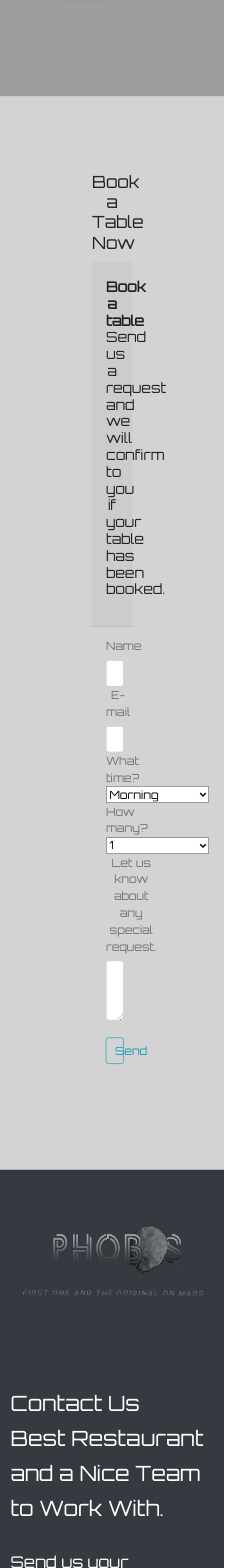
Repository: Code-Institute-Submissions/vinicald-Milestone-Project-1
Page: index.html
The author's editor kept a record of every edit. The page is drawn from the files as they stood at one moment, then again after the next edit.
The browser window is 320 px wide. The page is 320 px wide, then 359 px, then 320 px, so the pictures cover 359 px, including what lies to the right of the window. The pictures show the part of the page from y = 2510 to 4750 px (the page is 5299 px tall before and 4908 px after), at 70% of full size.
Pictures or frames that could not be fetched are drawn as grey boxes. Backgrounds fixed to the window are drawn as part of the page. Some web fonts or font styles are not loaded; a fallback is used. Some web libraries are served in a nearby version.

Above is the page before.

### index.html
<!DOCTYPE html>
<html lang="en">

<head>
    <meta charset="UTF-8">
    <meta name="viewport" content="width=device-width, initial-scale=1.0">
    <meta http-equiv="X-UA-Compatible" content="ie=edge">
    <link rel="stylesheet" href="https://stackpath.bootstrapcdn.com/bootstrap/4.3.1/css/bootstrap.min.css" integrity="sha384-ggOyR0iXCbMQv3Xipma34MD+dH/1fQ784/j6cY/iJTQUOhcWr7x9JvoRxT2MZw1T" crossorigin="anonymous">
    <link rel="stylesheet" href="https://cdnjs.cloudflare.com/ajax/libs/font-awesome/5.9.0/css/all.css" integrity="undefined" crossorigin="anonymous" />
    <link rel="stylesheet" href="https://cdnjs.cloudflare.com/ajax/libs/hover.css/2.3.1/css/hover-min.css" integrity="sha256-c+C87jupO1otD1I5uyxV68WmSLCqtIoNlcHLXtzLCT0=" crossorigin="anonymous" />
    <link rel="stylesheet" href="assets/css/style.css" type="text/css" />
    <title>Phobos - The Only One</title>
</head>

<body>

    <header>
        <nav class="navbar navbar-expand-lg navbar-light">
            <a href="#home" class="navbar-brand ml-3">Phobos</a>
            <button class="navbar-toggler" type="button" data-toggle="collapse" data-target="#navbarMenu" arial-controls="navbarMenu" aria-expand="false" aria-label="Toggle Navigation">
                <span class="navbar-toggler-icon"></span>
            </button>
            <div class="collapse navbar-collapse"></div>
            <div class="collapse navbar-collapse" id="navbarMenu">
                <ul class="navbar-nav ml-auto">
                    <li class="nav-item">
                        <a href="#home" class="nav-link">Home</a>
                    </li>
                    <li class="nav-item">
                        <a href="#aboutus" class="nav-link">About Us</a>
                    </li>
                    <li class="nav-item">
                        <a href="#menu" class="nav-link">Menu</a>
                    </li>
                    <li class="nav-item">
                        <a href="#bookatable" class="nav-link">Book a Table</a>
                    </li>
                    <li class="nav-item">
                        <a href="#contactus" class="nav-link">Contact Us</a>
                    </li>
                </ul>
            </div>
        </nav>
    </header>

    <main>
        <div class="container-fluid p-0" id="home">
            <div class="site-content">
                <div class="d-flex justify-content-center">
                    <div class="d-flex flex-column">
                        <h1 class="site-title">Phobos Mars</h1>
                        <p class="site-desc">First one and The original on Mars.<br>More than 10 Awards</br>
                        </p>
                        <div class="d-flex flex-row">
                            <a href="#menu" class="btn site-btn1 px-4 py-3 mr-4 btn-light" role="button">Menu</a>
                        </div>
                    </div>
                </div>
            </div>
        </div>

        <div class="aboutus" id="aboutus">
            <div class="container text-center">
                <h1 class="heading-1">About us</h1>
                <h1 class="heading-2">A different Story and Unexpected Food</h1>
                <p class="para-1">The first restaurant on Mars, since 1972.</p>
                <div class="row justify-content-center text-center">
                    <div class="col-md-4">
                        <div class="card">
                            <img src="assets/images/restaurante.jpg" alt="Image1" class="card-img-top"></img>
                            <div class="card-body">
                                <h4 class="card-title">
                                    The First One
                                </h4>
                                <p class="card-text">
                                    The Restaurant was created in 1972, after our good old friend Louis Armstrong started this business on Mars.
                                </p>
                            </div>
                        </div>
                    </div>
                    <div class="col-md-4">
                        <div class="card">
                            <img src="assets/images/couple-on-coffee-date.jpg" alt="Image2" class="card-img-top">
                            <div class="card-body">
                                <h4 class="card-title">
                                    More Than 10 Awards
                                </h4>
                                <p class="card-text">
                                    We have been nominated more than 30 times for the Alien Space Restaurant of the Galaxy and we have won more than 10 Awards.
                                </p>
                            </div>
                        </div>
                    </div>
                    <div class="col-md-4">
                        <div class="card">
                            <img src="assets/images/cheers-to-holiday-eggnog.jpg" alt="Image3" class="card-img-top">
                            <div class="card-body">
                                <h4 class="card-title">
                                    The Perfect Food
                                </h4>
                                <p class="card-text">
                                    We serve the perfect dishes to all situations, from a galaxy meeting til a quick coffee.
                                </p>
                            </div>
                        </div>
                    </div>

                </div>
            </div>
        </div>

        <div class="menu" id="menu">
            <div class="container-fluid">
                <div class="d-flex justify-content-end">
                    <div class="d-flex flex-column m-4">
                        <h1 class="heading-1">Menu</h1>
                        <p class="para">Check it below</p>
                        <a href="assets/images/MENU.pdf" class="btn btn-danger" role="button" target="_blank" class="cv-pdf">Menu
                        </a>
                    </div>
                </div>
            </div>
        </div>

        <div class="bookatable" id="bookatable">
            <div class="container-fluid bookcontent">
                <div class="d-flex justify-content-center m-4 bookmedia">
                    <div class="cardtable">
                        <h4 class="card-title">Book a Table Now</h4>
                        <h5 class="card-header info-color dark-text text-center py-4">
                            <strong>Book a table</strong>
                            <p>Send us a request and we will confirm to you if your table has been booked.</p>
                        </h5>
                        <div class="card-body px-lg-5 pt-0">
                            <form class="text-center" style="color: #757575;" action="#!">
                                <div class="md-form mt-3">
                                    <label for="materialContactFormName">Name</label>
                                    <input type="text" id="materialContactFormName" class="form-control">
                                </div>
                                <div class="md-form">
                                    <label for="materialContactFormEmail">E-mail</label>
                                    <input type="email" id="materialContactFormEmail" class="form-control">
                                </div>
                                <span>What time?</span>
                                <select class="mdb-select">
                                    <option value="" disabled>Choose option</option>
                                    <option value="1" selected>Morning</option>
                                    <option value="2">Afternoon</option>
                                    <option value="3">Evening</option>
                                </select>
                                <span>How many?</span>
                                <select class="mdb-select">
                                    <option value="" disabled>Choose option</option>
                                    <option value="1" selected>1</option>
                                    <option value="2">2</option>
                                    <option value="3">3</option>
                                    <option value="3">4</option>
                                    <option value="3">5+</option>
                                </select>
                                <div class="md-form">
                                    <label for="materialContactFormMessage">Let us know about any special request.</label>
                                    <textarea id="materialContactFormMessage" class="form-control md-textarea" rows="3"></textarea>
                                </div>
                                <button class="btn btn-outline-info btn-rounded btn-block z-depth-0 my-4 waves-effect" type="submit">Send</button>
                            </form>
                        </div>
                    </div>
                </div>
            </div>
        </div>


        <div class="contactus bg-dark" id="contactus">
            <div class="container">
                <div class="row">
                    <div class="col-md-7">
                        <img src="assets/images/logo mars.png" class="img-fluid" alt="Image7" width="590">
                    </div>
                    <div class="col-md-5">
                        <h1 class="text-white">
                            Contact Us<br> Best Restaurant and a Nice Team to Work With.
                        </h1>
                        <p class="para-1">Send us your message</p>
                        <div class="center-form">
                            <form>
                                <input type="text" name="name" id="fullname" class="form-control" placeholder="Name" required/>
                                <input type="email" name="email" id="emailaddress" class="form-control" placeholder="Email" required/>
                                <input type="textarea" row="5" name="projectsummary" id="projectsummary" class="form-control" placeholder="Message" required/>
                                <div class="form-row text-center">
                                    <div class="col">
                                        <button type="submit" class="btn btn-secondary">Contact us</button>
                                    </div>
                                </div>
                        </div>
                    </div>
                </div>
            </div>
        </div>
    </main>

    <footer>
        <div class="social text-center">
            <h4 style="margin-top: 5%">Best Restaurant - Mars 2019.</h4>
            <h4 class="my-4">Follow us below.</h4>
            <div class="social" style="margin: 5%;">
                <div class="d-flex flex-row justify-content-center">
                    <a href="#" target="_blank"><i class="fab fa-facebook-f m-2"></i></a>
                    <a href="#" target="_blank"><i class="fab fa-twitter m-2"></i></a>
                    <a href="#" target="_blank"><i class="fab fa-instagram m-2"></i></a>
                    <a href="#" target="_blank"><i class="fab fa-youtube m-2"></i></a>
                </div>
            </div>
            <hr>
            <h5 style="color: black">Phobos - Mars &copy</h5>
        </div>
    </footer>
    <script src="https://code.jquery.com/jquery-3.3.1.slim.min.js" integrity="sha384-q8i/X+965DzO0rT7abK41JStQIAqVgRVzpbzo5smXKp4YfRvH+8abtTE1Pi6jizo" crossorigin="anonymous"></script>
    <script src="https://cdnjs.cloudflare.com/ajax/libs/popper.js/1.14.7/umd/popper.min.js" integrity="sha384-UO2eT0CpHqdSJQ6hJty5KVphtPhzWj9WO1clHTMGa3JDZwrnQq4sF86dIHNDz0W1" crossorigin="anonymous"></script>
    <script src="https://stackpath.bootstrapcdn.com/bootstrap/4.3.1/js/bootstrap.min.js" integrity="sha384-JjSmVgyd0p3pXB1rRibZUAYoIIy6OrQ6VrjIEaFf/nJGzIxFDsf4x0xIM+B07jRM" crossorigin="anonymous"></script>
</body>

</html>

### assets/css/style.css
@import url('https://fonts.googleapis.com/css?family=Lexend+Deca: 100, 200, 300, 400, 500, 600, 700|Lato|Overlock+SC|Pacifico|Righteuos|Roboto|Orbitron|Exo:100, 200, 300, 400, 500, 600, 700');

body {
    padding: 0%;
    margin: 0%;
    font-family: "Lato";
}

/* Heading */

.navbar {
    background-color: #2B2A2B;
}

.navbar-brand {
    font-family: "Orbitron";
    font-size: 35px;
    color: #F0E9EE !important;
}

.nav-link {
    font-size: 16px;
    margin: 15px;
    color: grey !important;
    font-family: "Orbitron";
}

.nav-link:hover {
    color: #fafafa !important;
}

.action .nav-link {
    color: #fafafa !important;
}


/* Main Container */

.site-content {
    background-color: #BF402A;
    background-size: cover;
}

.site-title,
.site-desc {
    color: #F0E9EE;
    font-family: "Orbitron";
}

.site-title {
    margin-top: 30%;
    margin-bottom: 6%;
    font-size: 50px;
    text-align: center;
}

.site-desc {
    font-size: 14px;
    padding-left: 15%;
}

.site-btn1 {
    background-color: #fafafa;
    font-family: "Orbitron";
}

.site-btn1 {
    margin-top: 5%;
    margin-bottom: 40%;
    margin-left: 30%;
}

/* About Us */

.aboutus .heading-1 {
    margin-top: 8%;
    font-family: "Orbitron";
}

.aboutus .heading-2 {
    margin-bottom: 5%;
    font-size: 39px;
    font-family: "Orbitron";
}

.aboutus .para-1 {
    width: 60%;
    margin-left: 20%;
    margin-bottom: 5%;
    font-family: "Orbitron";
}

.aboutus .card-text,
.para-1 {
    color: #161616;
}

.aboutus {
    margin-bottom: 8%;
}

.card {
    width: 20rem;
}

/* Menu */

.menu .container-fluid {
    background-image: url('../images/berry-cheesecake.jpg');
    background-size: cover;
    background-attachment: fixed;
    padding-bottom: 5%;
}


.m-4 {
    margin: 6.5rem!important;
}

.menu .heading-1 {
    margin-top: 20%;
    margin-bottom: 4%;
    font-family: "Orbitron";
    width: 80%;
    color: #fafafa;
}

.menu .para {
    width: 100%;
    font-family: "Roboto";
    color: #fafafa;
    margin-bottom: 7%;
}

.menu .btn {
    margin-bottom: 15%;
    width: 60%;
    padding: 3% 5%;
}

/* Book a Table */

.bookatable {
    background-color: lightgrey;
}

.bookatable .bookcontent {
    padding-top: 1%;
    padding-bottom: 1%;
}

.bookatable .card-title {
    font-family: "Orbitron";
    padding-bottom: 2%;
    text-align: center;
}

.cardtable {
    max-width: 70%;
}

.card-header {
    font-family: "Orbitron";
}

.card-body {
    font-family: "Orbitron";
}

/* Contact Us */

.contactus {
    margin-top: 0%;
}

.contactus .row .col-md-7 .col-md-5 {
    margin-top: 10%;
    margin-bottom: 10%;
}

.contactus h1 {
    color: white;
    font-family: "Orbitron";
    line-height: 50px;
    font-size: 30px;
    text-decoration: none;
    margin-top: 20%;
}

.contactus .para-1 {
    color: white;
    font-family: "Orbitron";
    font-size: 23px;
    margin-top: 12%;
    margin-bottom: 10%;
}

.contactus .center-form {
    margin-bottom: 10%;
}

.contactus .form-control {
    margin-bottom: 5%;
}

/* Social */

.social {
    font-family: "Orbitron";
}

.social i {
    color: red;
    font-size: 20px;
}

/* Media */

@media screen and (max-width: 768px) {
    .menu .card {
        width: 14rem;
    }

    .bookatable .col-md-7 img {
        width: 350px;
    }
}

@media screen and (max-width: 320px) {
    .site-content .site-title {
        font-size: 30px;
        padding: 15%;
    }

    .site-content .site-btn1 {
        margin-left: 15%;
    }

    .aboutus .heading-1,
    section-1 .heading-2 {
        font-size: 25px;
    }

    .aboutus .col-md-4 {
        padding: 5%;
        margin-left: 8%;
    }

    .aboutus .card {
        width: 15rem;
    }

    .bookatable .col-md-5 {
        width: 15rem;
    }

    footer input[type="button"] {
        margin-top: 5%;
    }
}

@media screen and (max-width: 320px) {
    .bookatable .col-md-5 {
        width: 15rem;
    }

After the next edit:
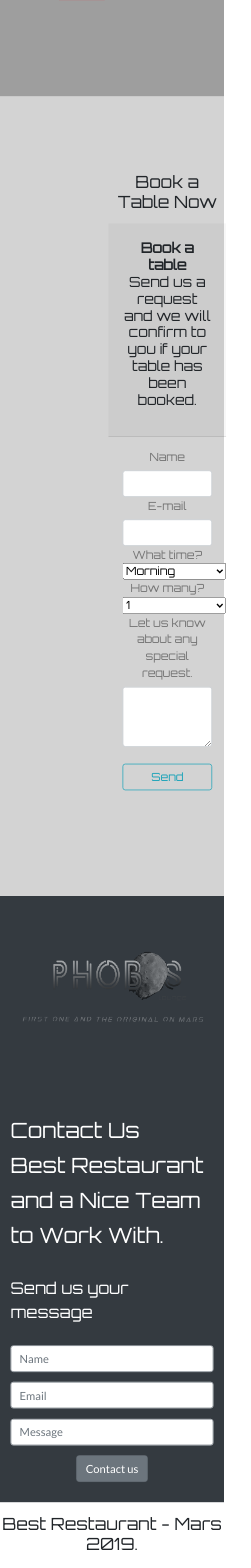
The edit:
--- a/assets/css/style.css
+++ b/assets/css/style.css
@@ -260,6 +260,6 @@
 }
 
 @media screen and (max-width: 320px) {
-    .bookatable .col-md-5 {
+    .bookatable .m-4{
         width: 15rem;
     }

After the edit that followed:
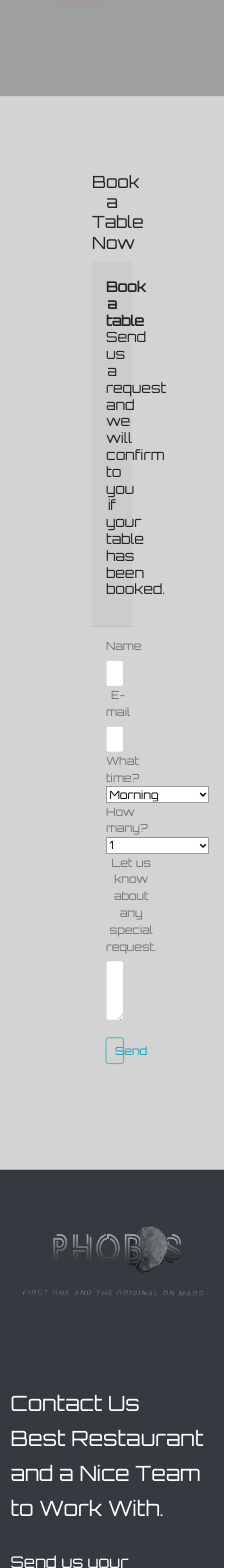
The edit:
--- a/assets/css/style.css
+++ b/assets/css/style.css
@@ -258,8 +258,3 @@
         margin-top: 5%;
     }
 }
-
-@media screen and (max-width: 320px) {
-    .bookatable .m-4{
-        width: 15rem;
-    }
